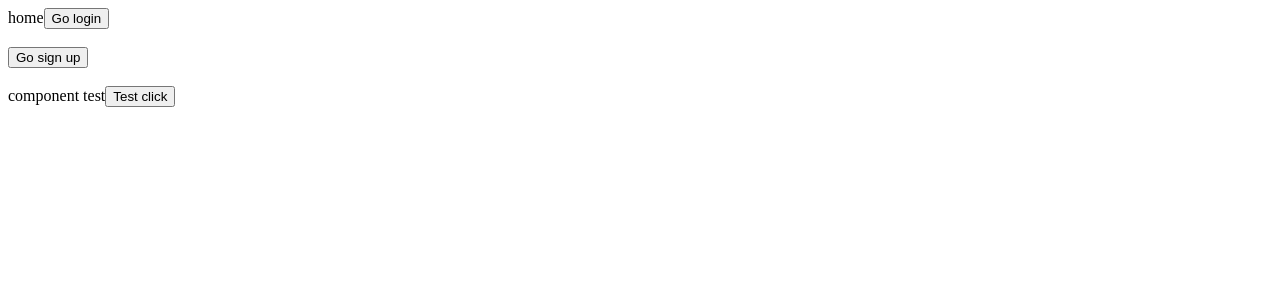
Repository: knowledgeAlan/nextjs-client-router-one
Page: /
These files come from the project's save history. The page is drawn as it stood at one moment and after the next save; the edit follows.
The browser window is 1280 px wide. The pictures show the whole page.
The project was rebuilt for these pictures with package versions that can differ from the ones it lists, and the page was loaded fresh each time. The framework's server and built-in components were replaced by stand-ins that run in the browser. Also part of the build but not shown: next.config.mjs.

Above is the page before, as saved 2024-05-17 14:16:41.

After the next save:
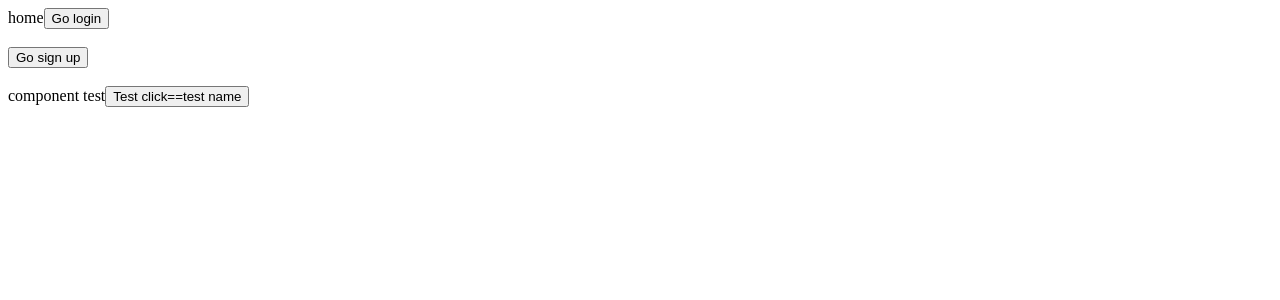
Saved 39 s later.
--- a/src/app/parameterComponent.tsx
+++ b/src/app/parameterComponent.tsx
@@ -12,7 +12,7 @@ export default function TestComponent({userName,testClick}:requestParameter) {
     <>
         component test
         <button onClick={testClick}>
-            Test click
+            Test click=={userName}
         </button>
     </>
   );
